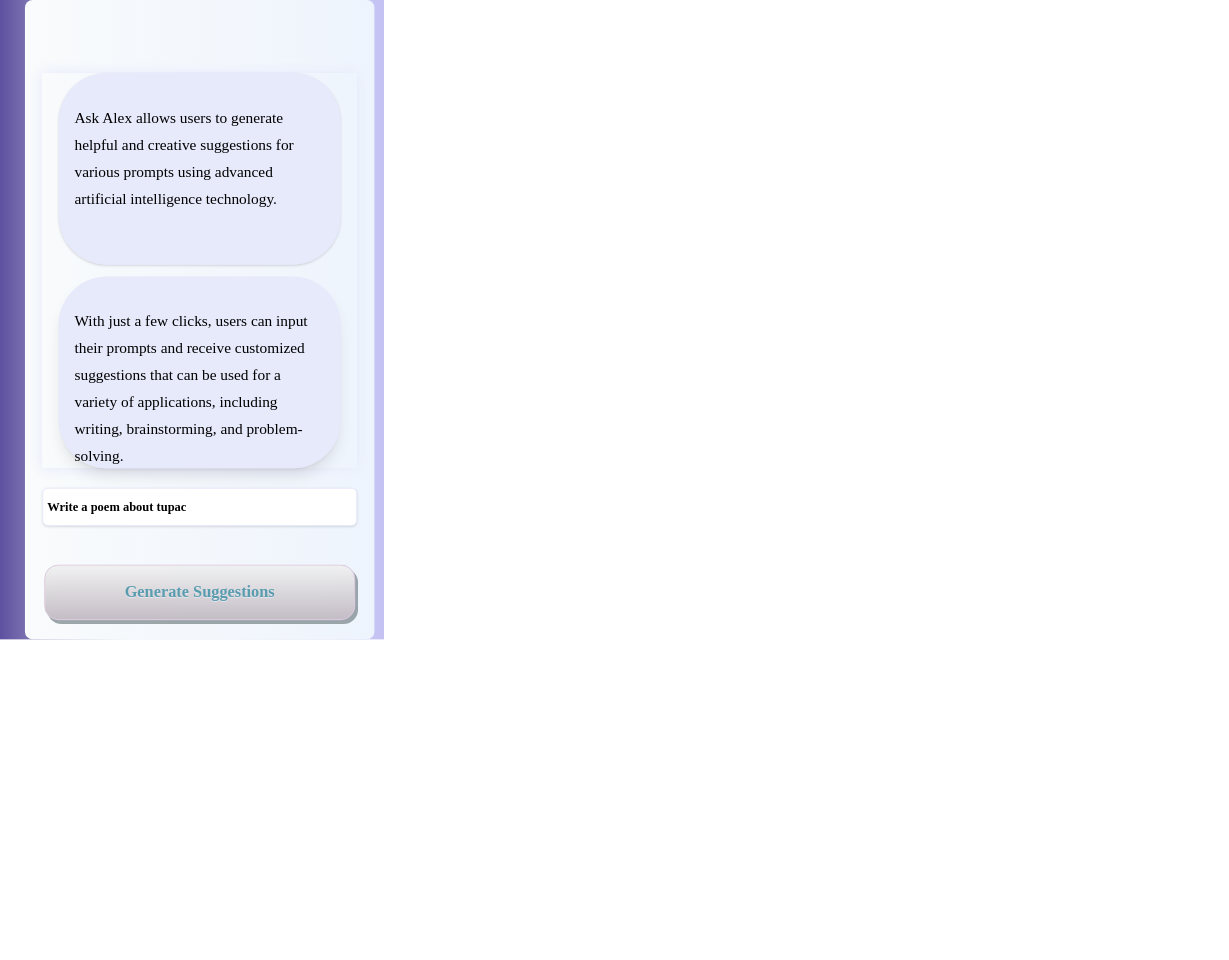
Repository: djdjdallas/AskAlex
Page: /
An editor plug-in stored every save of this project. The page is shown before and after the next save, followed by the edit.
The browser window is 1280 px wide. The pictures show the whole page, at 96% of full size.
The project was rebuilt for these pictures with package versions that can differ from the ones it lists, and the page was loaded fresh each time. Also part of the build but not shown: webpack.config.js.

Above is the page before, as saved 2023-02-27 17:43:04.

After the next save:
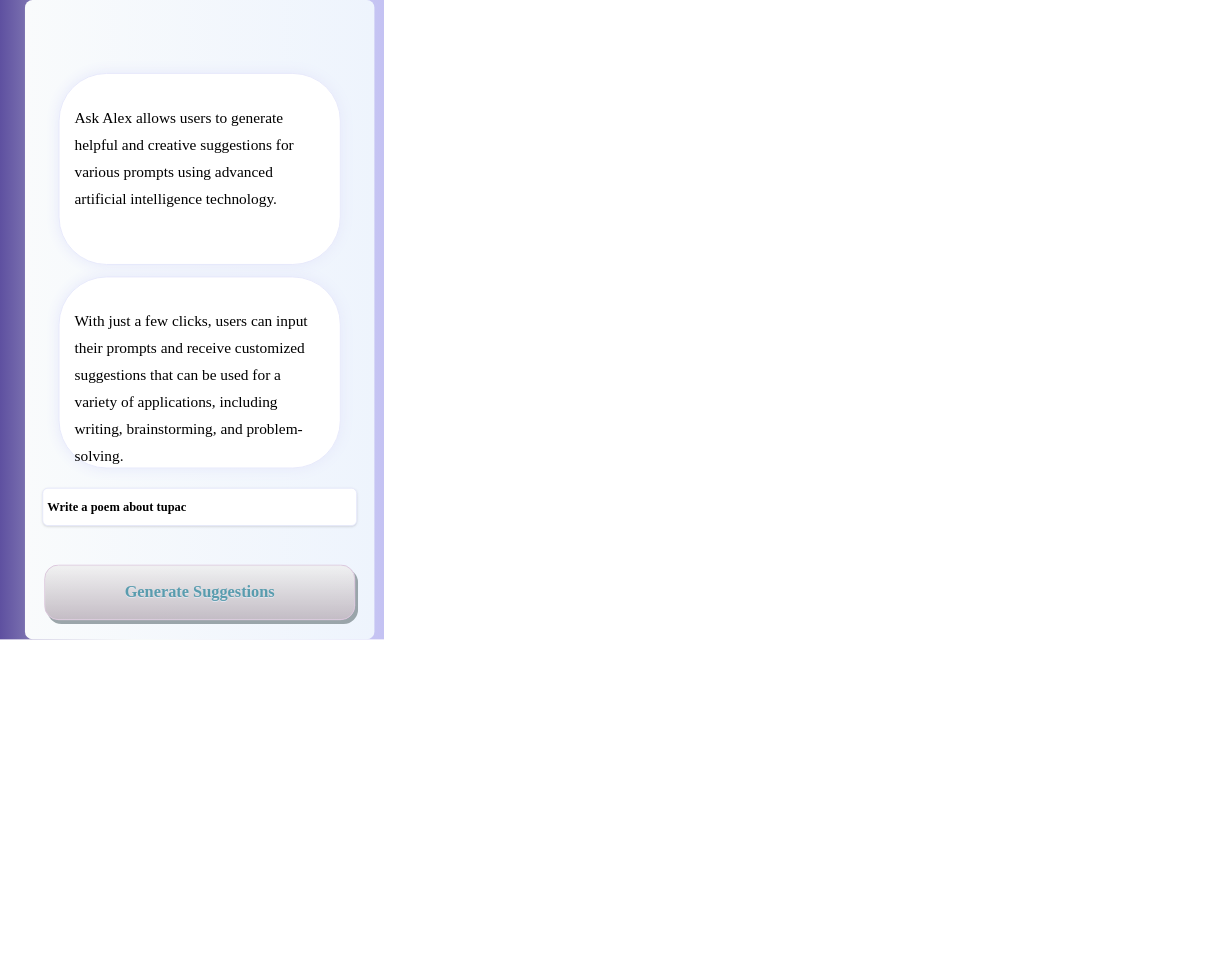
Saved 37 s later.
--- a/src/App.css
+++ b/src/App.css
@@ -34,10 +34,13 @@
 .infoBox{
   width: 90%;
   height: 200px;
-  background-color: #E7EAFB;
+  background-color: white;
   border: 1px solid #E7EAFB;
   color: black;
   border-radius:50px;
+  -webkit-box-shadow:0px 0px 13px 1px #e7eafb ;
+-moz-box-shadow:0px 0px 13px 1px #e7eafb ;
+box-shadow:0px 0px 13px 1px #e7eafb ;
 }
 .infoContainer{
   width: 90%;
@@ -49,9 +52,7 @@
   flex-direction: column;
   justify-content: center;
   align-items: center;
-  -webkit-box-shadow:0px 0px 13px 1px #e7eafb ;
--moz-box-shadow:0px 0px 13px 1px #e7eafb ;
-box-shadow:0px 0px 13px 1px #e7eafb ;
+
 }
 .subText{
   font-size: 1rem;
